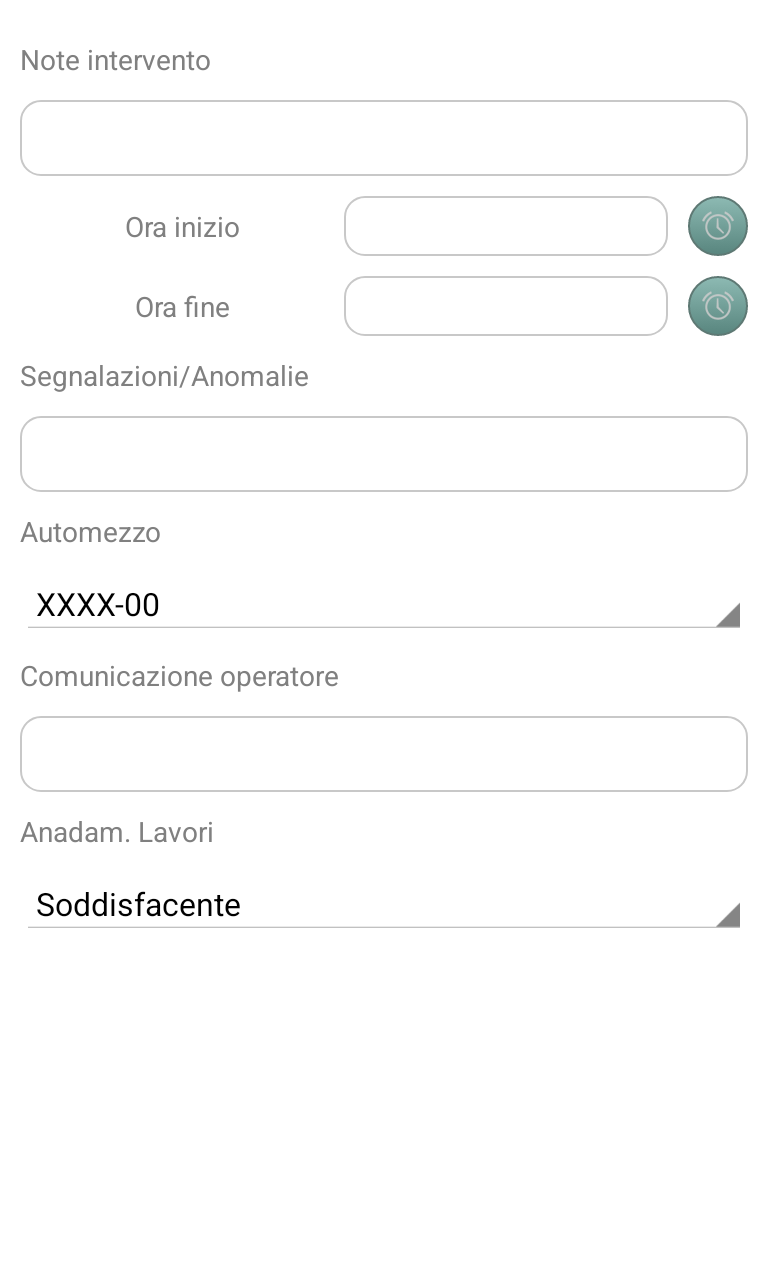
Repository: vincenzotandurella/winimpresamobile
Layout: workspace/WinImpresaMobile/res/layout/activity_buono.xml
An editor plug-in stored every save of this project. The layout is shown before and after the next save, followed by the edit.
It is drawn on a 768 x 1280 px phone screen (xhdpi) without system bars, with theme CustomActionBarTheme; the app's code is not run.

Above is the layout before, as saved 2015-09-19 13:47:02.

After the next save:
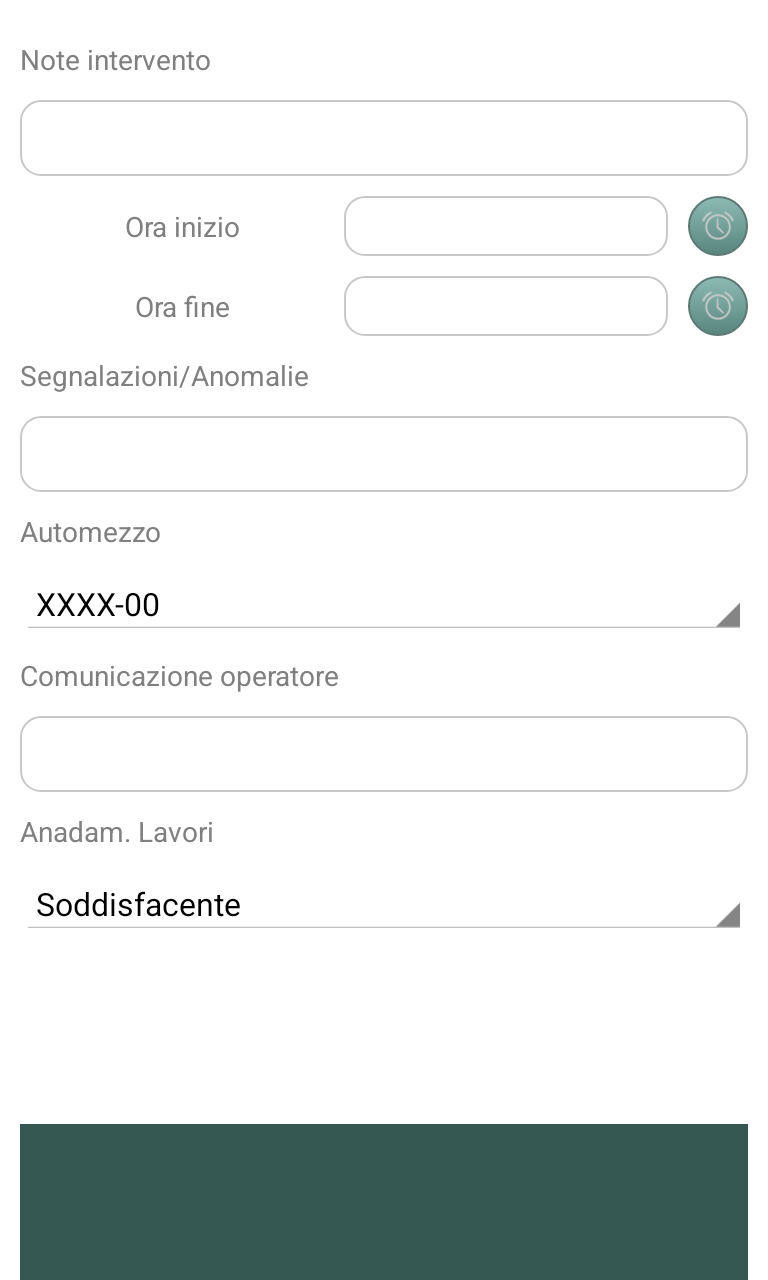
Saved 18 h 24 min later.
--- a/workspace/WinImpresaMobile/res/layout/activity_buono.xml
+++ b/workspace/WinImpresaMobile/res/layout/activity_buono.xml
@@ -220,5 +220,16 @@
 
     </ScrollView>
 
+     <LinearLayout
+    android:layout_width="fill_parent"
+    android:layout_height="78dp"
+    android:id="@+id/down"
+    android:background="@color/pressed_color"
+    android:layout_alignParentBottom="true"
+         >
+
+
+     </LinearLayout>
+
 
 </RelativeLayout>
